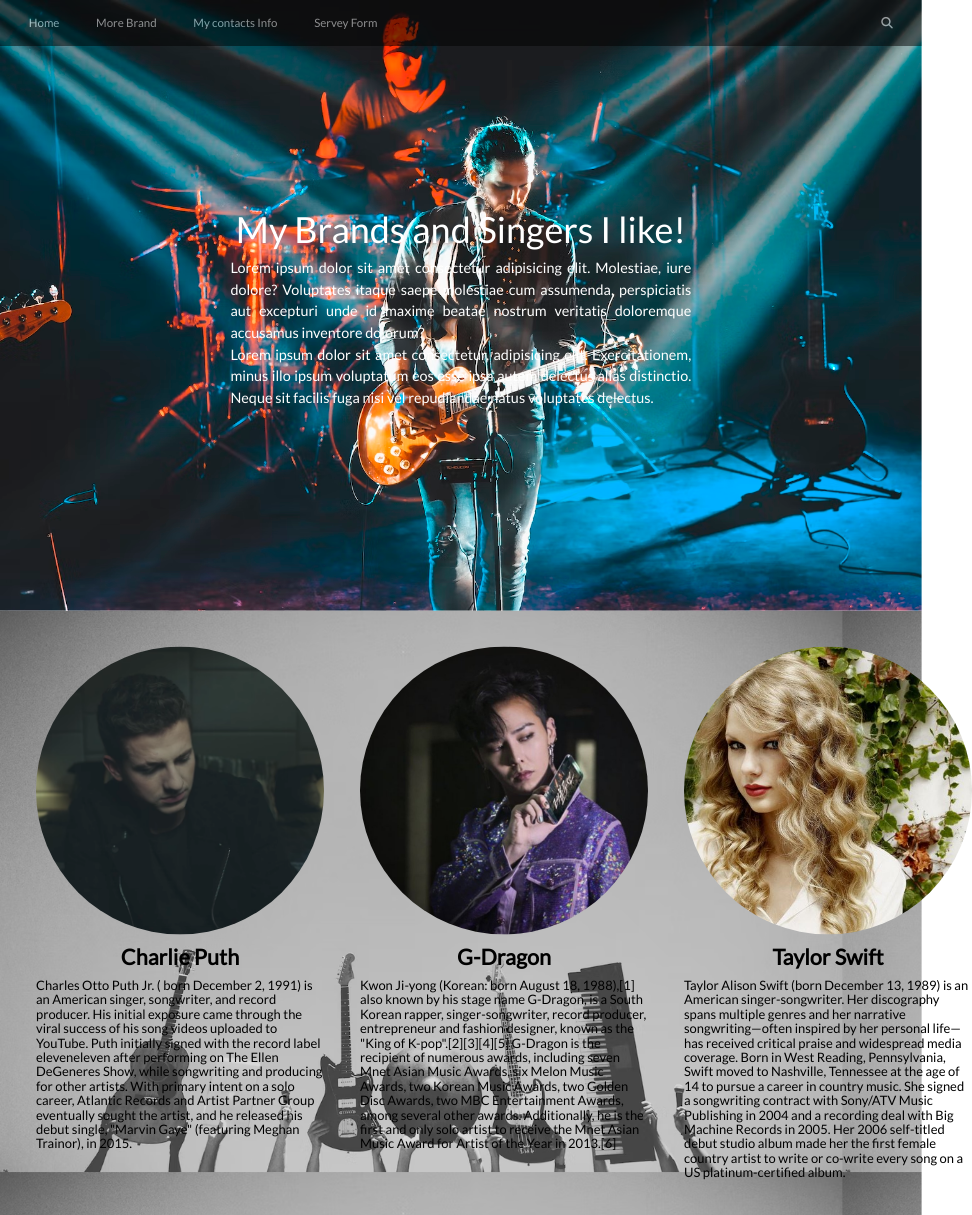
Repository: MinChea36/asm
Page: ASSM1.html
The author's editor kept a copy of each file at every save. The page is drawn from the files as they stood at one save, then again after a run of saves.
The browser window is 1280 px wide. The page is 1350 px wide, so the pictures cover 1350 px, including what lies to the right of the window. The pictures show the whole page, at 72% of full size.

Above is the page before, as saved 2022-09-22 22:47:59.

### ASSM1.html
<!DOCTYPE html>
<html lang="en">
<head>
    <meta charset="UTF-8">
    <meta http-equiv="X-UA-Compatible" content="IE=edge">
    <meta name="viewport" content="width=device-width, initial-scale=1.0">
    <link rel="stylesheet" href="./resetcss.css">
    <link rel="stylesheet" href="./style.css">
    <link rel="stylesheet" href="https://cdnjs.cloudflare.com/ajax/libs/font-awesome/6.2.0/css/all.min.css">
    <link rel="stylesheet" href="https://fonts.googleapis.com/css?family=Lato">
    <title>AssignMent 1</title>
</head>
<body>
    <div class="top-menu">
        <div class="menu">
            <a href="#1">Home</a> |
            <a href="#2">More Brand</a> |
            <a href="#3">My contacts Info</a> |
            <a href="#4">Servey Form</a> |
        </div>
        <div class="search">
            <i class="fa-solid fa-magnifying-glass"></i>
        </div>
    </div>
    <div class="brand-singer">
        <img src="./photo-1598387993441-a364f854c3e1.avif" width="100%" alt="">
        <div class="brand-singer-in-img">
        <h2>My Brands and Singers I like!</h2>
        <p>Lorem ipsum dolor sit amet consectetur adipisicing elit. Molestiae, iure dolore? Voluptates itaque saepe molestiae cum assumenda, perspiciatis aut excepturi unde id maxime beatae nostrum veritatis doloremque accusamus inventore dolorum?<br>
            Lorem ipsum dolor sit amet consectetur, adipisicing elit. Exercitationem, minus illo ipsum voluptatum eos esse ipsa autem delectus alias distinctio. Neque sit facilis fuga nisi vel repudiandae natus voluptates delectus.
        </p>
        </div>
    </div>
    <div class="singers-like">
        <div class="row">
            <div class="card-img">
               <img src="./643a87-Charlie-Puth-Claims-Hes-Done-Writing-Love-Ballads-And-Is-Bring-His-Dark-Thoughts-To-His-New-Album-feature.webp" alt="">
            </div>
            <div class="singers-text">
            <h2>Charlie Puth</h2>
            <p>Charles Otto Puth Jr. ( born December 2, 1991) is an American singer, songwriter, and record producer. His initial exposure came through the viral success of his song videos uploaded to YouTube. Puth initially signed with the record label eleveneleven after performing on The Ellen DeGeneres Show, while songwriting and producing for other artists. With primary intent on a solo career, Atlantic Records and Artist Partner Group eventually sought the artist, and he released his debut single, "Marvin Gaye" (featuring Meghan Trainor), in 2015.</p>
            </div>
        </div>
        <div class="row">
            <div class="card-img">
               <img src="/G-Dragon-elle-man-1.jpg" alt="">
            </div>
            <div class="singers-text">
            <h2>G-Dragon</h2>
            <p>Kwon Ji-yong (Korean: born August 18, 1988),[1] also known by his stage name G-Dragon, is a South Korean rapper, singer-songwriter, record producer, entrepreneur and fashion designer, known as the "King of K-pop".[2][3][4][5] G-Dragon is the recipient of numerous awards, including seven Mnet Asian Music Awards, six Melon Music Awards, two Korean Music Awards, two Golden Disc Awards, two MBC Entertainment Awards, among several other awards. Additionally, he is the first and only solo artist to receive the Mnet Asian Music Award for Artist of the Year in 2013.[6]</p>
            </div>
        </div>
        <div class="row">
            <div class="card-img">
               <img src="images814767taylorsw-c29a.jpg" alt="">
            </div>
            <div class="singers-text">
            <h2>Taylor Swift</h2>
            <p>Taylor Alison Swift (born December 13, 1989) is an American singer-songwriter. Her discography spans multiple genres and her narrative songwriting—often inspired by her personal life—has received critical praise and widespread media coverage. Born in West Reading, Pennsylvania, Swift moved to Nashville, Tennessee at the age of 14 to pursue a career in country music. She signed a songwriting contract with Sony/ATV Music Publishing in 2004 and a recording deal with Big Machine Records in 2005. Her 2006 self-titled debut studio album made her the first female country artist to write or co-write every song on a US platinum-certified album.</p>
        </div>
        </div>
    </div>


</body>
</html>

### resetcss.css
*,
*::before,
*::after {
  box-sizing: border-box;
}
* {
  margin: 0;
  padding: 0;
  font: inherit;
}
body {
  line-height: 1.5;
}
img,
picture,
video,
canvas,
svg {
  display: block;
  max-width: 100%;
}
input,
button,
textarea,
select {
  outline: none;
}
p,
h1,
h2,
h3,
h4,
h5,
h6 {
  overflow-wrap: break-word;
}

### style.css
body {
    padding: 0;
    margin: 0;
    font-family: "Lato", sans-serif;
}
.top-menu {
    display: flex;
    justify-content: space-between;
    background-color: black;
    padding: 20px;
    position: fixed;
    top: 0;
    left: 0;
    z-index: 2;
    right: 0;
    opacity: 0.5;
}
.menu a{
    color: white;
    text-decoration: none;
    padding: 0 20px;
}
.menu a:hover {
    color: red;
}
.search i {
    color: white;
    padding-right: 20px;
}
.brand-singer {
    position: relative;
}
.brand-singer-in-img {
    position: absolute;
    top: 50%;
    left: 50%;
    transform: translate(-50%, -50%);
    color: white;
    text-align: center;
}
.brand-singer h2 {
    font-size: 50px;
}
.brand-singer p {
    text-align: justify;
    font-size: 20px;
}
.singers-like {
    display: grid;
    grid-template-columns: repeat(3,1fr);
    grid-column-gap: 50px;
    padding: 50px 50px;
    line-height: 20px;
    background-image: url(./photo-1445375011782-2384686778a0.avif);
}
.singers-text h2 {
    margin-top: 20px;
    margin-bottom: 20px;
    text-align: center;
    font-size: 30px;
    font-weight: bold;
}
.singers-text p {
    font-size: 18px;
}
.card-img {
    border-radius: 50%;
    width: 400px;
    height: 400px;
    overflow: hidden;
    margin: 0 auto;
}
.card-img img{
    width: 100%;
    height: 100%;
    object-fit: cover;
}

After the next 10 saves:
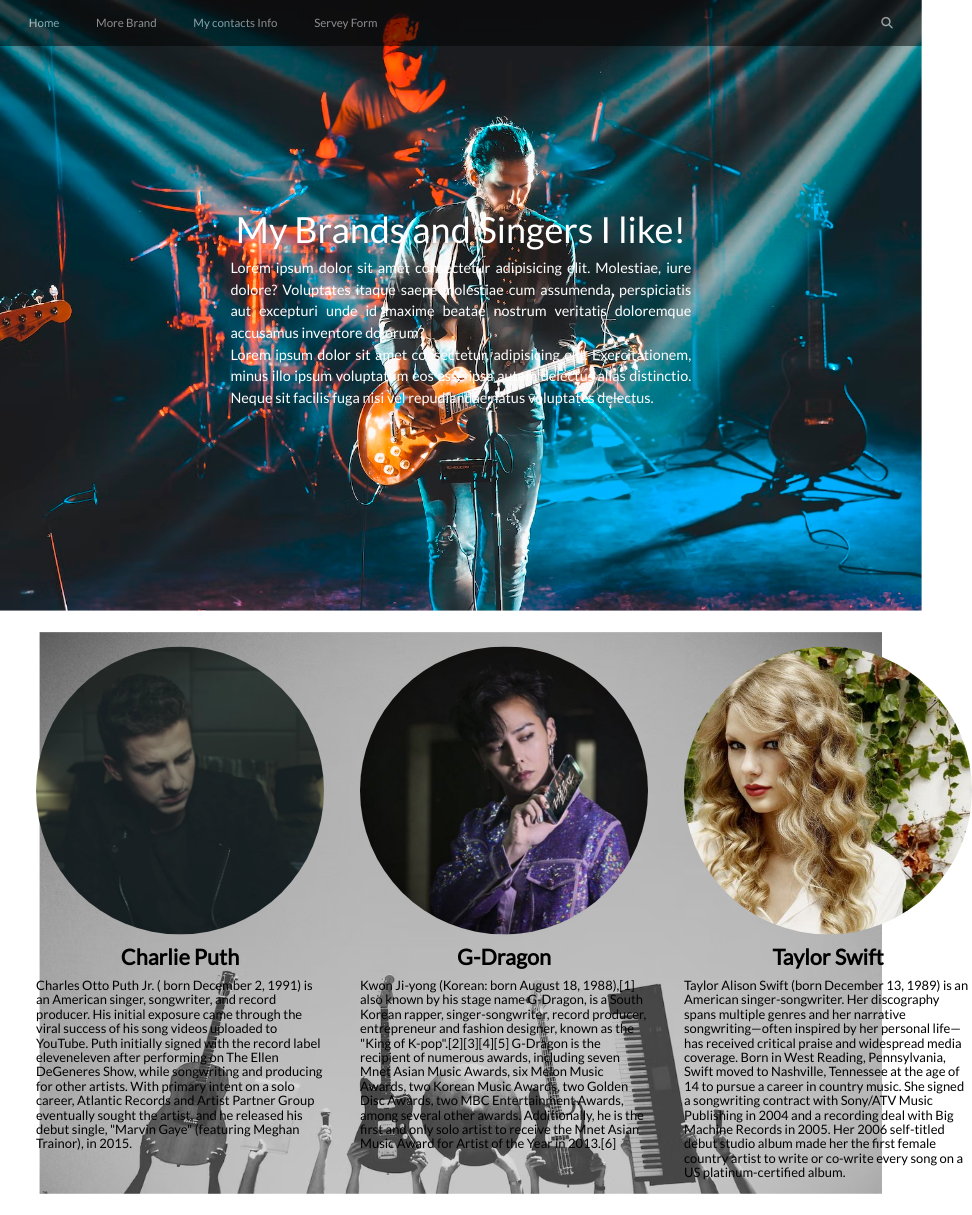
The 10 saves are shown as one change because they came seconds apart.
The last was saved 25 s later.
--- a/style.css
+++ b/style.css
@@ -52,6 +52,9 @@
     padding: 50px 50px;
     line-height: 20px;
     background-image: url(./photo-1445375011782-2384686778a0.avif);
+    background-repeat: no-repeat;
+    object-fit: cover;
+    background-position: center;
 }
 .singers-text h2 {
     margin-top: 20px;
